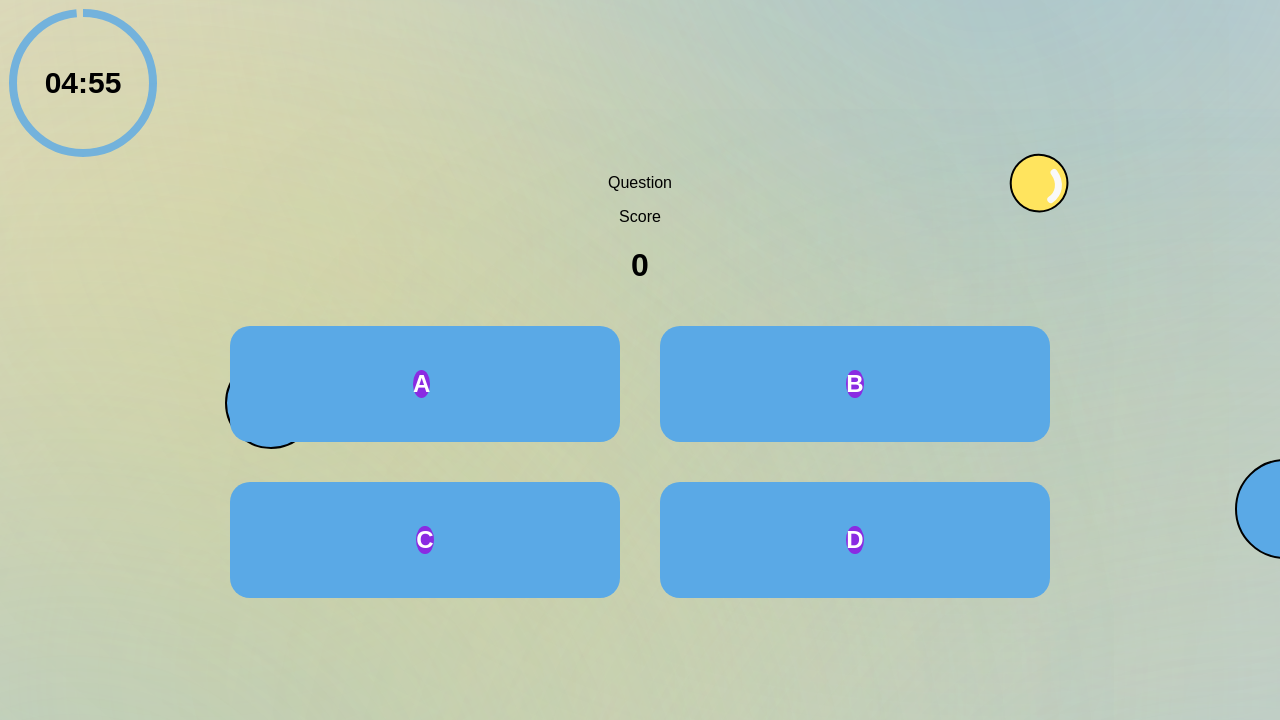
Repository: sierralaurent/SmartiePants
Page: quiz.html
These files come from the project's save history. The page is drawn as it stood at one moment and after the next save; the edit follows.
The browser window is 1280 px wide. The pictures show the whole page.
The page's requests for data from a server got no answer.

Above is the page before, as saved 2023-05-16 21:51:58.

### quiz.html
<!DOCTYPE html>
<html lang="en">
    <!--Actual Quiz page-->
  <head>
    <meta charset="UTF-8" />
    <meta name="viewport" content="width=device-width, initial-scale=1.0" />
    <meta http-equiv="X-UA-Compatible" content="ie=edge" />
    <title>SMARTIEPANTS | PLAY</title>
    <link rel="stylesheet" href="quiz.css" />
  </head>
<body>
  <div id="time">
    <div class="circle" style="--clr:#ff2972">
        <div class="dots"></div>
        <svg>
            <circle cx="70" cy="70" r="70" id="dd"></circle>
        </svg>
        <div id="timeLeft">00:00</div>
    </div>
</div>

<div class="container">
    <div id="loader"></div>
    <div id="game" >
      <div id="hud">
        <div id="hud-item">
          <p id="progressText">
            Question
          </p>
          <div id="progressBar">
            <div id="progressBarFull"></div>
          </div>
        </div>
        <div id="hud-item">
          <p>
            Score
          </p>
          <h1 id="score">
            0
          </h1>
        </div>
      </div>
      <h2 id="question"></h2>
      <div class="choice-a-b">
        <div class="choice-container">
          <p class="choice-prefix">A </p> &nbsp;
          <p class="choice-text" data-number="1"></p>
        </div>
        <div class="choice-container">
          <p class="choice-prefix">B </p>
          <p class="choice-text" data-number="2"></p>
        </div>
      </div>


<div class="choice-c-d">
  <div class="choice-container">
    <p class="choice-prefix">C </p>
    <p class="choice-text" data-number="3"></p>
  </div>
  <div class="choice-container">
    <p class="choice-prefix">D </p>
    <p class="choice-text" data-number="4"></p>
  </div>
</div>

    </div>
  </div>
  <script src="quiz.js"></script>
  <script src="timer.js"></script>
</body>
</html>

### quiz.css
body {
    background-image: url('./background.svg');
}

#time .circle svg{
    position: relative;
    width: 150px;
    height: 150px;
    transform: rotate(270deg);
    }

    #time .circle svg circle{
        fill: transparent;
        stroke-width: 8;
        stroke: rgba(90, 169, 230, 0.8);
        transform: translate(5px,5px);
        stroke-dasharray: 440;
    }

    #time .circle{
        position: relative;
        width: 150px;
        height: 150px;
        display: flex;
        justify-content: center;
        align-items: center;
    }

    #time div{
        position: absolute;
        text-align: center;
        font-family: Arial, Helvetica, sans-serif;
        font-weight: bold;
        font-size: 30px;
    }

    .container{
        display: flex;
        justify-content: center;
        text-align: center;
        font-family: Arial, Helvetica, sans-serif;
    }

.choice-container{
    display: flex;
    background-color: rgba(90, 169, 230, 1);
    margin: 20px;
    justify-content: center;
    font-size: 24px;
    padding: 20px;
    border-radius: 20px;
    color: white;
    width: 350px;
    font-weight: bold;

}

.choice-a-b{
    display: flex;
     justify-content: center;
}

.choice-c-d{
    display: flex;
     justify-content: center;
}

.choice-prefix{
    background-color: blueviolet;
    border-radius: 100%;
    color: white;
}

### quiz.js
const question = document.getElementById('question');
const choices = Array.from(document.getElementsByClassName('choice-text'));
const progressText = document.getElementById('progressText');
const scoreText = document.getElementById('score');
const progressBarFull = document.getElementById('progressBarFull');
const loader = document.getElementById('loader');
const game = document.getElementById('game');
let currentQuestion = {};
let acceptingAnswers = false;
let score = 0;
let questionCounter = 0;
let availableQuesions = [];

let questions = [];

fetch(
    'https://opentdb.com/api.php?amount=10&difficulty=easy&type=multiple'
)
    .then((res) => {
        return res.json();
    })
    .then((loadedQuestions) => {
        questions = loadedQuestions.results.map((loadedQuestion) => {
            const formattedQuestion = {
                question: loadedQuestion.question,
            };

            const answerChoices = [...loadedQuestion.incorrect_answers];
            formattedQuestion.answer = Math.floor(Math.random() * 4) + 1;
            answerChoices.splice(
                formattedQuestion.answer - 1,
                0,
                loadedQuestion.correct_answer
            );

            answerChoices.forEach((choice, index) => {
                formattedQuestion['choice' + (index + 1)] = choice;
            });

            return formattedQuestion;
        });

        startGame();
    })
    .catch((err) => {
        console.error(err);
    });

//CONSTANTS
const CORRECT_BONUS = 10;
const MAX_QUESTIONS = 10;

startGame = () => {
    questionCounter = 0;
    score = 0;
    availableQuesions = [...questions];
    getNewQuestion();
    game.classList.remove('hidden');
    loader.classList.add('hidden');
};

getNewQuestion = () => {
    if (availableQuesions.length === 0 || questionCounter >= MAX_QUESTIONS) {
        localStorage.setItem('mostRecentScore', score);
        //go to the end page
        return window.location.assign('/end.html');
    }
    questionCounter++;
    progressText.innerText = `Question ${questionCounter}/${MAX_QUESTIONS}`;
    //Update the progress bar
    progressBarFull.style.width = `${(questionCounter / MAX_QUESTIONS) * 100}%`;

    const questionIndex = Math.floor(Math.random() * availableQuesions.length);
    currentQuestion = availableQuesions[questionIndex];
    question.innerHTML = currentQuestion.question;

    choices.forEach((choice) => {
        const number = choice.dataset['number'];
        choice.innerHTML = currentQuestion['choice' + number];
    });

    availableQuesions.splice(questionIndex, 1);
    acceptingAnswers = true;
};

choices.forEach((choice) => {
    choice.addEventListener('click', (e) => {
        if (!acceptingAnswers) return;

        acceptingAnswers = false;
        const selectedChoice = e.target;
        const selectedAnswer = selectedChoice.dataset['number'];

        const classToApply =
            selectedAnswer == currentQuestion.answer ? 'correct' : 'incorrect';

        if (classToApply === 'correct') {
            incrementScore(CORRECT_BONUS);
        }

        selectedChoice.parentElement.classList.add(classToApply);

        setTimeout(() => {
            selectedChoice.parentElement.classList.remove(classToApply);
            getNewQuestion();
        }, 1000);
    });
});

incrementScore = (num) => {
    score += num;
    scoreText.innerText = score;
};

### timer.js

        let timeLeft = document.getElementById("timeLeft");
        let countdownCircle = document.getElementById('dd');
        let dots = document.querySelector('.dots');
        let endTime = new Date();
        endTime.setMinutes(endTime.getMinutes() + 5);

        let x = setInterval(function(){
            let now = new Date().getTime();
            let distance = endTime - now;


            let minutes = Math.floor((distance % (1000 * 60 * 60)) / (1000 * 60));
            let seconds = Math.floor((distance % (1000 * 60)) / 1000);


            timeLeft.innerHTML = minutes.toString().padStart(2, '0') + ":" +
                                  seconds.toString().padStart(2, '0');


            let radius = (distance / (endTime - now)) * 70;
            countdownCircle.setAttribute('r', radius);

            if (distance <= 0) {
                clearInterval(x);
                timeLeft.innerHTML = "00:00";
                showAlert();

            }

            dd.style.strokeDashoffset = 440 - (440 * (distance / (5 * 60 * 1000)));

        }, 1000);
        function showAlert(){
            alert("time is over");
        }

After the next save:
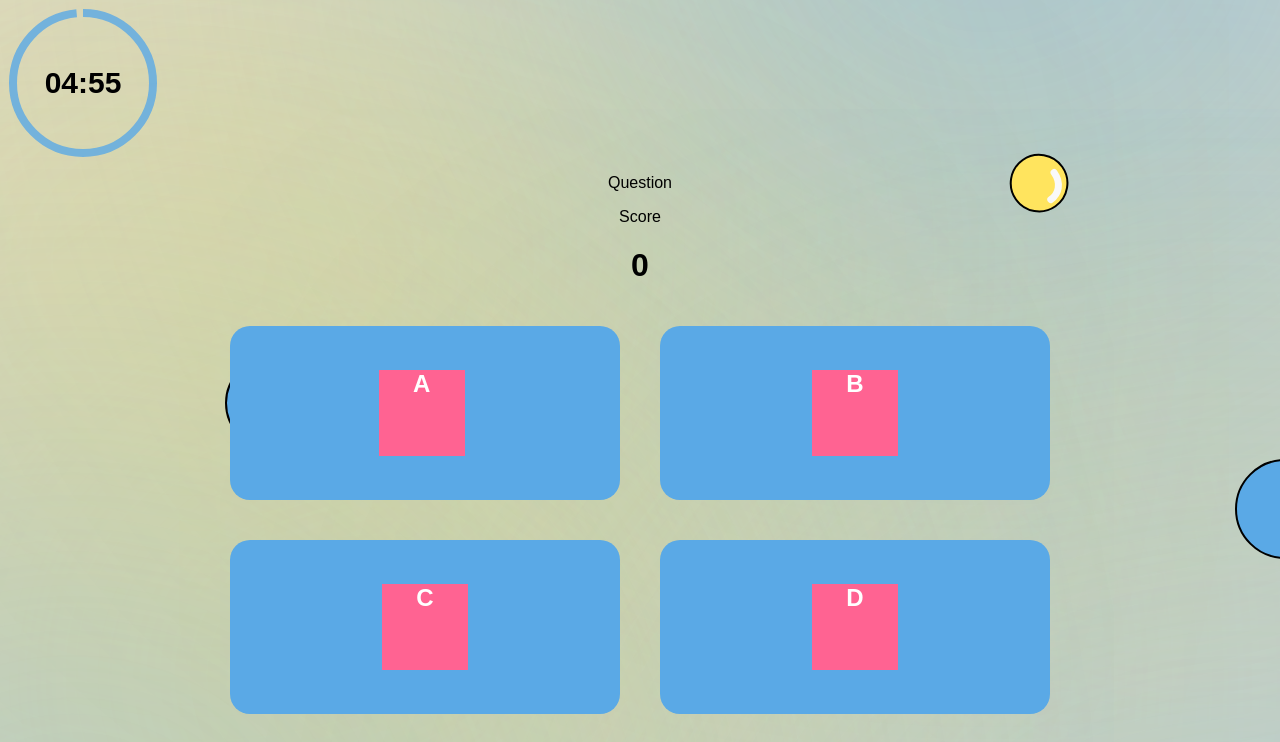
Saved 35 s later.
--- a/quiz.css
+++ b/quiz.css
@@ -66,7 +66,9 @@ body {
 }
 
 .choice-prefix{
-    background-color: blueviolet;
-    border-radius: 100%;
+   width: 86px;
+height: 86px;
+
+background: #FF6392;
     color: white;
 }
